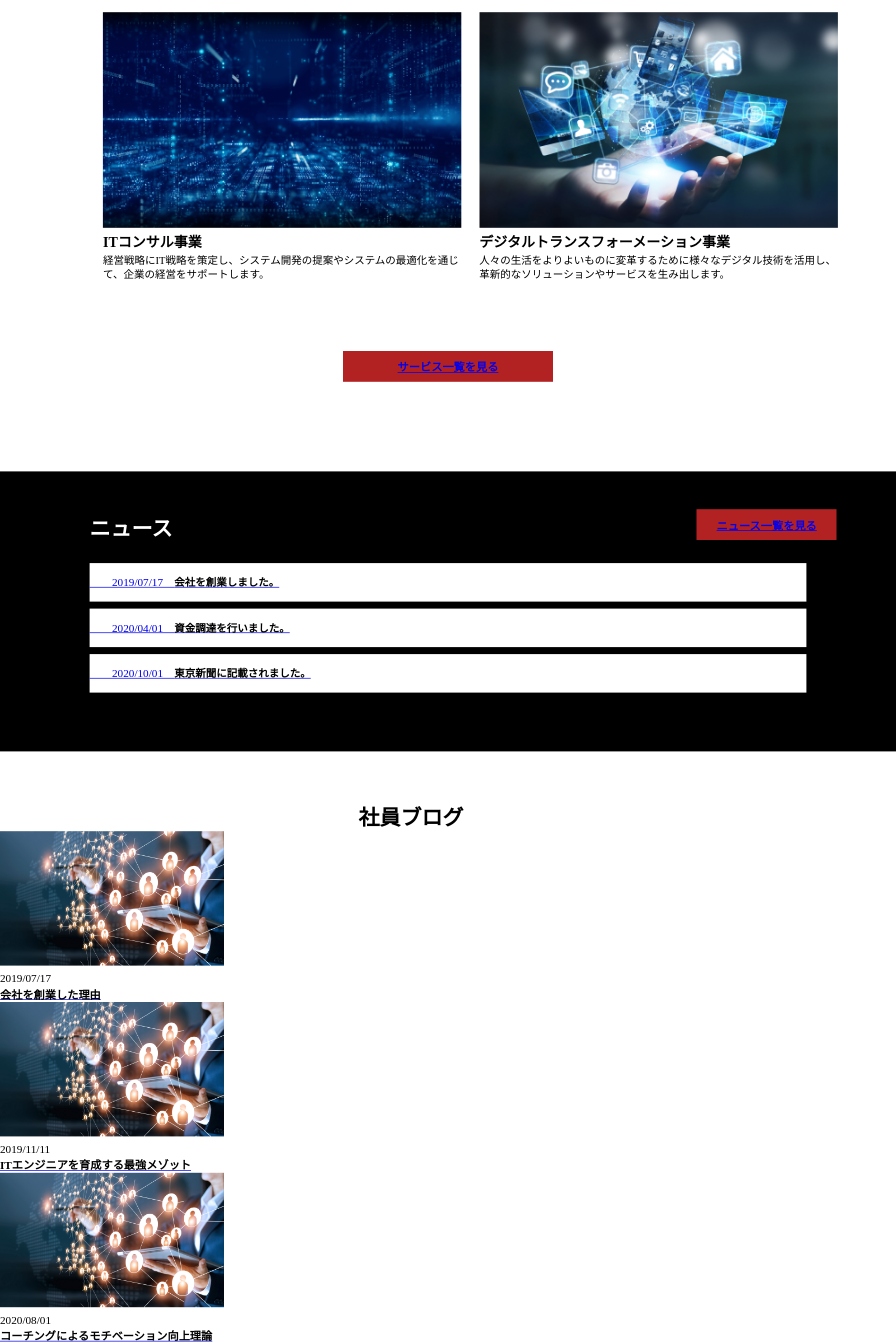
Repository: sigemasaasuka/20211012sigemasa
Page: index.html
An editor plug-in stored every save of this project. The page is shown before and after a run of saves, followed by the edit.
The browser window is 1280 px wide. The pictures show the part of the page from y = 1338 to 3258 px (the page is 3258 px tall), at 70% of full size.

Above is the page before, as saved 2021-10-20 16:24:32.

### index.html
<!DOCTYPE html>
<html lang="ja">

<head>
  <meta charset="UTF-8">
  <meta name="viewport" content="width=device-width, initial-scale=1.0">
  <title>Document</title>

    <link rel="stylesheet" href="css/reset.css">
    <link rel="stylesheet" href="css/index.css">
</head>
<body>
  <header class="header">
    <div class="header-logo">
      <img class="logo" src="img/logo.png" alt="logo">
    </div>
    <nav class="header-nav">
      <ul class="header-nav-list">
        <li class="header-nav-item"><a href="index.html">ホーム</a></li>
        <li class="header-nav-item"><a href="service.html">事業内容</a></li>
        <li class="header-nav-item"><a href="news.html">ニュース</a></li>
        <li class="header-nav-item"><a href="blog.html">社員ブログ</a></li>
        <li class="header-nav-item"><a href="company.html">会社概要</a></li>
        <li class="header-nav-item"><a href="recruit.html">採用情報</a></li>
        <li class="header-nav-item"><a href="contact.html">お問い合わせ</a></li>
      </ul>
    </nav>
  </header>
  <div class="home">
  <div class="home-photo">
    <div class="home-title">
    <p>最新のテクノロジーで社会課題を解決</p>
      <div class="home-title2">
      <p>Solving　issues　with　the　latest　technology</p>
     </div>
    </div>
    </div>
    </div>
    <div class="home-color">
      <div class="hope">
        <p><br><br>株式会社TECHの想い</p>
        <div class="hope2">
          <p>あらゆる産業において、新たなデジタル技術を使ってこれまでにないビジネスモデルを展開する新規参加者が登場し、ゲームチェンジが起ころうとしています。こうした<br>中で、各企業は、競争力維持・強化のために、DXを迅速に進めていくことが求められています。しかし、DXにおいて投資コストは非常にかかります。株式会社TECHでは<br>独自のオペレーションと人材教育により、他社よりも価格を抑えた開発を行います。</p>
        </div>
      </div>
    </div>
    <div class="service">
      <p>サービス</p>
      </div>
      <div class="png1">
      <div class="service1">
        <img  src="img/service1.png"  alt="service1">
        <div class="it">
        <p>IT人材育成事業</p>
        <div class="it2">
        <p>これまでに培った教育手法を生かして、短期間で即戦力のIT人材を育成します。</p>
        </div>
      </div>
      </div>
      <div class="service2">
      <img  src="img/service2.png" alt="service2">
      <div class="coach">
        <p>コーチング事業</p>
        <div class="coach2">
          <p>目標達成を最短で実現するために、プロのコーチによるマンツーマンのサポートを実施します</p>
        </div>
      </div>
      </div>
      </div>
      <div class="png2">
      <div class="service3">
        <img src="img/service3.png" alt="service3">
        <div class="Consultant">
          <p>ITコンサル事業</p>
          <div class="Consultant2">
            <p>経営戦略にIT戦略を策定し、システム開発の提案やシステムの最適化を通じて、企業の経営をサポートします。</p>
          </div>
        </div>
      </div>
      <div class="service4">
        <img src="img/service4.png" alt="service4">
        <div class="formation">
          <p>デジタルトランスフォーメーション事業</p>
          <div class="formation2">
            <p>人々の生活をよりよいものに変革するために様々なデジタル技術を活用し、革新的なソリューションやサービスを生み出します。</p>
          </div>
        </div>
      </div>
      </div>
      <div class="list">
        <a href="service.html">サービス一覧を見る</a>
      </div>
      <div class="news">
        <div class="nesw-list">
          <div class="news-font">
          <p>ニュース</p></div>
          <div class="news-button">
            <a href="news.html">ニュース一覧を見る</a>
          </div>
        </div>
        <div class="news-info1">
          <a href="index.html">　　2019/07/17　<span class="co">会社を創業しました。</span></a></div>
          <div class="news-info2">
          <a href="index.html">　　2020/04/01　<span class="fund">資金調達を行いました。</span></a></div>
          <div class="news-info3">
          <a href="index.html">　　2020/10/01　<span class="newspaper">東京新聞に記載されました。</span></a></div>
      </div>
      <div class="blog">
        <p>社員ブログ</p>
        </div>
        <div class="reason">
        <div class="reason-png">
          <a href="index.html">
            <img src="img/blog.png" alt="blog">
          </a>
          <p class="reason1">2019/07/17</p>
          <a href="index.html"><p class="reason2">会社を創業した理由</p></a>
        </div>
        </div>
        <div class="nurturing">
        <div class="nurturing-png">
          <a href="index.html">
            <img src="img/blog.png" alt="blog">
          </a>
          <p class="nurturing1">2019/11/11</p>
          <a href="index.html">
            <p class="nurturing2">ITエンジニアを育成する最強メゾット</p>
          </a>
        </div>
      </div>
      <div class="coaching">
        <div class="coaching-png">
        <a href="index.html">
          <img src="img/blog.png" alt="blog">
        </a>
        <p class="coaching1">2020/08/01</p>
        <a href="index.html">
          <p class="coaching2">コーチングによるモチベーション向上理論</p>
        </a>
        </div>
        </div>


<script src="js/main.js"></script>
</body>
</html>

### css/reset.css
@charset "UTF-8";
html, body, div, span, applet, object, iframe,
h1, h2, h3, h4, h5, h6, p, blockquote, pre,
a, abbr, acronym, address, big, cite, code,
del, dfn, em, img, ins, kbd, q, s, samp,
small, strike, strong, sub, sup, tt, var,
b, u, i, center,
dl, dt, dd, ol, ul, li,
fieldset, form, label, legend,
table, caption, tbody, tfoot, thead, tr, th, td,
article, aside, canvas, details, embed,
figure, figcaption, footer, header, hgroup,
menu, nav, output, ruby, section, summary,
time, mark, audio, video {
margin: 0;
padding: 0;
border: none;
font-style: normal;
text-align: left;
zoom: 1;
}
article, aside, details, figcaption, figure,
footer, header, hgroup, menu, nav, section {
display: block;
}
table {
border-collapse: collapse;
font-family: inherit;
}
h1,h2,h3,h4,h5 {
font-size: 100%;
font-weight: normal;
line-height: 1;
}
input,textarea,select {
font-family: inherit;
font-size: 16px;
}
input[type="button"],input[type="text"],input[type="submit"] {
 -webkit-appearance: none;
 border-radius: 0;
}
textarea {
resize: none;
-webkit-appearance: none;
border-radius: 0;
}
th,td {
border-collapse: collapse;
}
table th,table td {
white-space: nowrap;
}
ul,ol {
list-style-type: none;
}
img {
vertical-align: text-bottom;
vertical-align: -webkit-baseline-middle;
max-width: 100%;
height: auto;
width /***/:auto;
}

### css/index.css
.logo {
  text-decoration: none;
  color: inherit;
  width: 50%;
}
.header {
  width: 100%;
  display: flex;
  justify-content: space-between;
  align-items: center;
  height: 70px;
  padding: 0 30px;
  position: fixed;
  box-sizing: border-box;
  background-color: #fff;
  color: #000;
}

.a {
  text-decoration: none;
}

.header-ttl {
  font-size: 24px;
  width: 80px;
}

.header-nav-list {
  display: flex;
  font-weight: bold;
}

.header-nav-item:not(:last-child) {
  margin-right: 30px;
}

.home-photo {
  position: relative;
  padding-top: calc(250 / 683 * 100%); /* calc(画像高さ ÷ 画像横幅 × 100%) */
  background: url(../img/mv.png) center center / cover no-repeat;
}

.home-title {
  display: flex;
  flex-direction: column;
  position: absolute;
  font-size: 50px;
  margin-left: 20%;
  top: 40%;
  font-weight: bolder;
  color: #fff;
}

.home-title2 {
  display: flex;
  position: absolute;
  font-size: 20px;
  margin-top: 45px;
  margin-left: 23%;
  top: 40%;
  font-weight: bold;
  color: #fff;
}

.home-color {
  background-color: #000;
  height: 300px;
}

.hope {
  top: 30%;
  display: flex;
  flex-direction: column;
  font-weight: bolder;
  font-size: 30px;
  margin-left: 10%;
  color: #fff;
}

.hope2 {
  display: flex;
  font-size: 15px;
  margin-top: 20px;
  font-weight: normal;
  color: #fff;
}

.service {
  margin-top: 5%;
  margin-left: 45%;
  font-size: 35px;
  font-weight: bolder;
}

.png1 {
  display: flex;
  justify-content: center;
}

.service1 {
  margin-top: 5%;
  margin-left: 5%;
  width: 40%;
}

.it {
  margin-top: 1%;
  font-size: 20px;
  font-weight: bolder;
}

.it2 {
  font-size: 15px;
  font-weight: normal;
}

.service2 {
  margin-top: 3%;
  margin-left: 2%;
  width: 40%;
}

.coach {
  margin-top: 1%;
  font-size: 20px;
  font-weight: bolder;
}

.coach2 {
  font-size: 15px;
  font-weight: normal;
}

.png2 {
  display: flex;
  justify-content: center;
}

.service3 {
  margin-top: 2%;
  margin-left: 5%;
  width: 40%;
}

.Consultant {
  margin-top: 1%;
  font-size: 20px;
  font-weight: bolder;
}

.Consultant2 {
  font-size: 15px;
  font-weight: normal;
}

.service4 {
  margin-top: 2%;
  margin-left: 2%;
  width: 40%;
}

.formation {
  margin-top: 1%;
  font-size: 20px;
  font-weight: bolder;
}

.formation2 {
  font-size: 15px;
  font-weight: normal;
}

.list {
  width: 300px;
  padding: 10px 0;
  color: #fff;
  font-weight: bold;
  background: #b22222;
  text-align: center;
  margin: 100px auto 0;
  display: block;
}

.news {
  margin-top: 10%;
  background-color: #000;
  height: 400px;
}

.nesw-list {
  margin-left: 10%;
  display: flex;
  justify-content: flex-start;
  align-items: center;
}

.news-font {
  font-weight: bold;
  font-size: 30px;
  color: #fff;
  margin-top: 5%;
}

.news-button {
  color: #fff;
  margin-top: 50px;
  margin-left: 65%;
  width: 200px;
  padding: 10px 0;
  font-weight: bold;
  background: #b22222;
  text-align: center;
  display: block;
}

.news-info1 {
  margin-top: 30px;
  margin-left: 10%;
  width: 80%;
  height: 35px;
  padding: 10px 0;
  background: #fff;
  line-height: 35px;
  display: block;
  color: #000;
}
.co {
  font-size: 15px;
  font-weight: bold;
  color: #000;
}

.news-info2 {
  margin-top: 10px;
  margin-left: 10%;
  width: 80%;
  height: 35px;
  padding: 10px 0;
  background: #fff;
  line-height: 35px;
  display: block;
  color: #000;
}
.fund {
  font-size: 15px;
  font-weight: bold;
  color: #000;
}

.news-info3 {
  margin-top: 10px;
  margin-left: 10%;
  width: 80%;
  height: 35px;
  padding: 10px 0;
  background: #fff;
  line-height: 35px;
  display: block;
  color: #000;
}
.newspaper {
  font-size: 15px;
  font-weight: bold;
  color: #000;
}

.blog {
  margin-top: 70px;
  margin-left: 40%;
  font-size: 30px;
  font-weight: bolder;
}

.reason {
  display: flex;
  justify-content: flex-start;
  flex-direction: row;
}
.reason-png {
  width: 25%;
}

.reason1 {
  margin-top: 10px;
  color: #000;
}

.reason2 {
  font-weight: bolder;
  color: #000;
}

.nurturing {
  display: flex;
  justify-content: flex-start;
  flex-direction: row;
}
.nurturing-png {
  width: 25%;
}

.nurturing1 {
  margin-top: 10px;
  color: #000;
}

.nurturing2 {
  font-weight: bolder;
  color: #000;
}

.coaching {
  display: flex;
  justify-content: flex-start;
  flex-direction: row;

}

.coaching-png {
  width: 25%;
}

.coaching1 {
  margin-top: 10px;
  color: #000;
}

.coaching2 {
  font-weight: bolder;
  color: #000;
}

Loaded but not shown: js/main.js (no stored copy; drawn as an empty file)

After the next 2 saves:
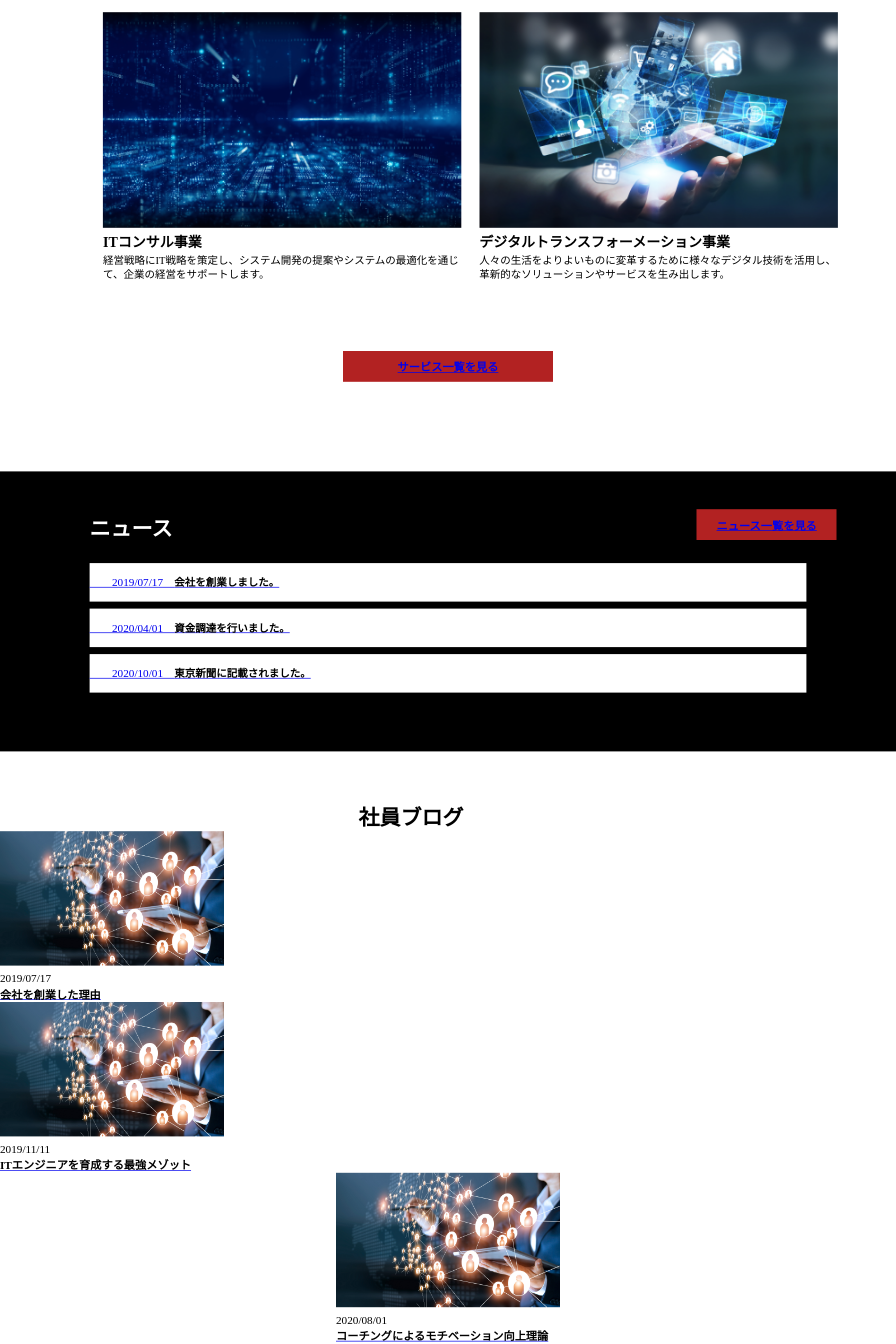
The 2 saves are shown as one change because they came seconds apart.
The last was saved 14 s later.
--- a/css/index.css
+++ b/css/index.css
@@ -311,9 +311,7 @@
 
 .coaching {
   display: flex;
-  justify-content: flex-start;
-  flex-direction: row;
-
+  justify-content: space-evenly;
 }
 
 .coaching-png {
